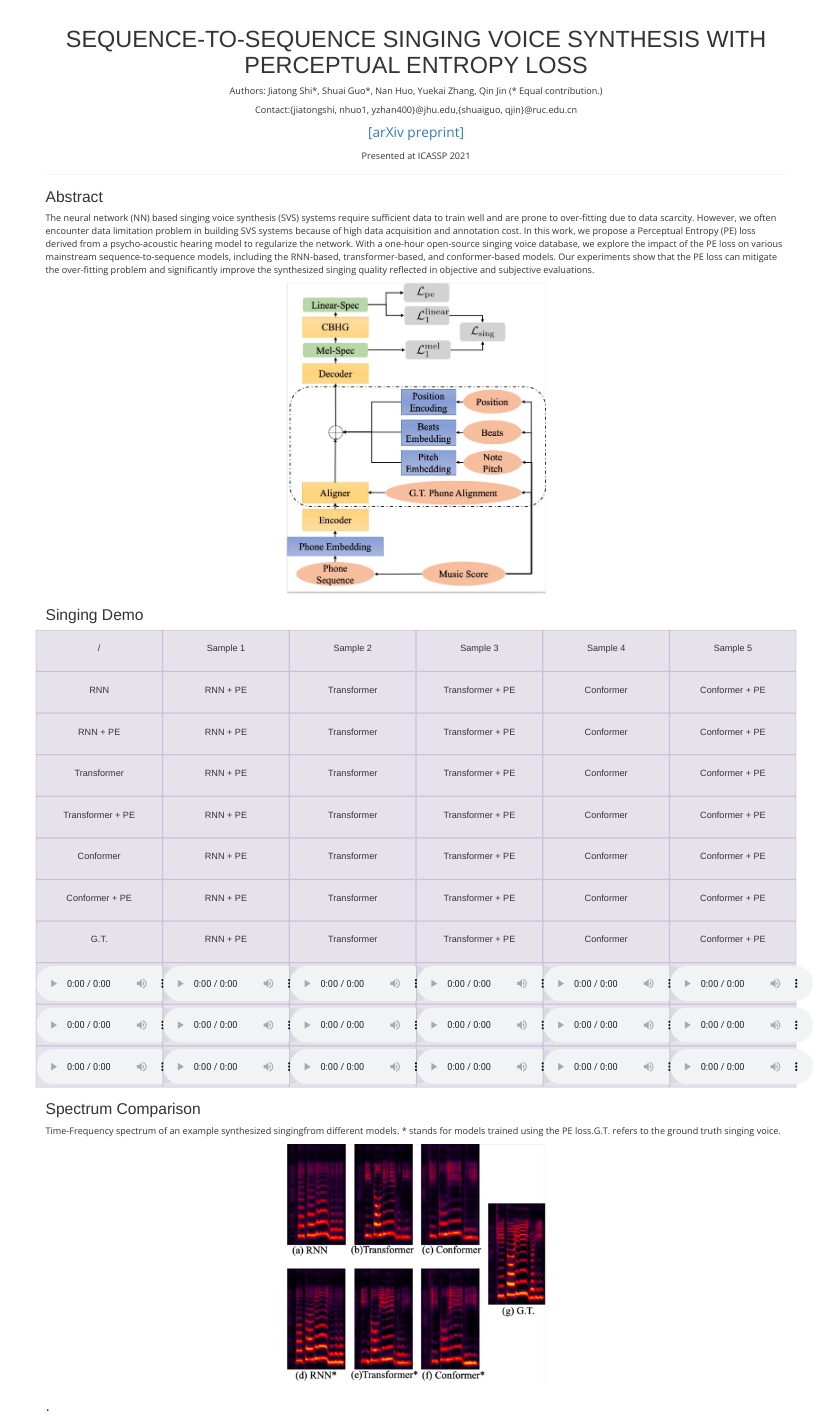
Repository: PeterGuoRuc/SVS_pe.github.io
Page: index.html
The author's editor kept a copy of each file at every save. The page is drawn from the files as they stood at one save, then again after the next save.
The browser window is 1280 px wide. The pictures show the whole page, at 65% of full size.

Above is the page before, as saved 2021-06-06 20:10:56.

### index.html
<!DOCTYPE html>
<html lang="en">
  <head>
    <meta charset="utf-8">
    <meta http-equiv="X-UA-Compatible" content="IE=edge">
    <meta name="viewport" content="width=device-width, initial-scale=1">
    <meta name="description" content="">
    <meta name="author" content="">
    <link rel="shortcut icon" type="image/x-icon" href="../favicon.ico">

    <title>SEQUENCE-TO-SEQUENCE SINGING VOICE SYNTHESIS WITH PERCEPTUAL ENTROPY LOSS</title>

    <!-- Fonts -->
    <link href="https://fonts.googleapis.com/css?family=Abril+Fatface|Open+Sans" rel="stylesheet">

    <!-- Bootstrap core CSS -->
    <!--<link href="bootstrap/dist/css/bootstrap.min.css" rel="stylesheet">-->
    <link href="https://maxcdn.bootstrapcdn.com/bootstrap/3.3.7/css/bootstrap.min.css" rel="stylesheet">

    <!-- IE10 viewport hack for Surface/desktop Windows 8 bug -->
    <!--<link href="bootstrap/assets/css/ie10-viewport-bug-workaround.css" rel="stylesheet">-->
    <link href="https://maxcdn.bootstrapcdn.com/css/ie10-viewport-bug-workaround.css" rel="stylesheet">

    <!-- Custom styles for this template -->
    <link href="poster.css" rel="stylesheet">

    <!-- Just for debugging purposes. Don't actually copy these 2 lines! -->
    <!--[if lt IE 9]><script src="bootstrap/assets/js/ie8-responsive-file-warning.js"></script><![endif]-->
    <!--<script src="bootstrap/assets/js/ie-emulation-modes-warning.js"></script>-->

    <!-- HTML5 shim and Respond.js for IE8 support of HTML5 elements and media queries -->
    <!--[if lt IE 9]>
      <script src="https://oss.maxcdn.com/html5shiv/3.7.3/html5shiv.min.js"></script>
      <script src="https://oss.maxcdn.com/respond/1.4.2/respond.min.js"></script>
    <![endif]-->
  </head>

  <body>
    <div class="container">

      <div class="page-header">
        <h1>
          SEQUENCE-TO-SEQUENCE SINGING VOICE SYNTHESIS WITH PERCEPTUAL ENTROPY LOSS
        </h1>
        <p class="centered">
          Authors: Jiatong Shi*, Shuai Guo*, Nan Huo, Yuekai Zhang, Qin Jin (* Equal contribution.)
        </p>
        <p class="centered">
          Contact:{jiatongshi, nhuo1, yzhan400}@jhu.edu,{shuaiguo, qjin}@ruc.edu.cn
        </p>
        <p class="lead">
          <a class="lead_link" href="https://arxiv.org/abs/2010.12024">[arXiv preprint]</a>
        </p>
        <p class="centered">Presented at ICASSP 2021</p>
      </div>

      <h3>Abstract</h3>
      <p>The neural network (NN) based singing voice synthesis (SVS) systems require sufficient data to train well and are prone to over-fitting due to data scarcity.
        However, we often encounter data limitation problem in building SVS systems because of high data acquisition and annotation cost.
        In this work, we propose a Perceptual Entropy (PE) loss derived from a psycho-acoustic hearing model to regularize the network.
        With a one-hour open-source singing voice database, we explore the impact of the PE loss on various mainstream sequence-to-sequence models, including the RNN-based, transformer-based, and conformer-based models.
        Our experiments show that the PE loss can mitigate the over-fitting problem and significantly improve the synthesized singing quality reflected in objective and subjective evaluations.
      </p>

      <center><img src="images/svs_model.jpg" height="35%" width="35%"></center>

      <h3>Singing Demo</h3>
      <div class="row">
        <div class="col-md-2">/</div>
        <div class="col-md-2">Sample 1</div>
        <div class="col-md-2">Sample 2</div>
        <div class="col-md-2">Sample 3</div>
        <div class="col-md-2">Sample 4</div>
        <div class="col-md-2">Sample 5</div>
      </div>
      <div class="row">
        <div class="col-md-2">RNN</div>
        <div class="col-md-2">RNN + PE</div>
        <div class="col-md-2">Transformer</div>
        <div class="col-md-2">Transformer + PE</div>
        <div class="col-md-2">Conformer</div>
        <div class="col-md-2">Conformer + PE</div>
      </div>
      <div class="row">
        <div class="col-md-2">RNN + PE</div>
        <div class="col-md-2">RNN + PE</div>
        <div class="col-md-2">Transformer</div>
        <div class="col-md-2">Transformer + PE</div>
        <div class="col-md-2">Conformer</div>
        <div class="col-md-2">Conformer + PE</div>
      </div>
      <div class="row">
        <div class="col-md-2">Transformer</div>
        <div class="col-md-2">RNN + PE</div>
        <div class="col-md-2">Transformer</div>
        <div class="col-md-2">Transformer + PE</div>
        <div class="col-md-2">Conformer</div>
        <div class="col-md-2">Conformer + PE</div>
      </div>
      <div class="row">
        <div class="col-md-2">Transformer + PE</div>
        <div class="col-md-2">RNN + PE</div>
        <div class="col-md-2">Transformer</div>
        <div class="col-md-2">Transformer + PE</div>
        <div class="col-md-2">Conformer</div>
        <div class="col-md-2">Conformer + PE</div>
      </div>
      <div class="row">
        <div class="col-md-2">Conformer</div>
        <div class="col-md-2">RNN + PE</div>
        <div class="col-md-2">Transformer</div>
        <div class="col-md-2">Transformer + PE</div>
        <div class="col-md-2">Conformer</div>
        <div class="col-md-2">Conformer + PE</div>
      </div>
      <div class="row">
        <div class="col-md-2">Conformer + PE</div>
        <div class="col-md-2">RNN + PE</div>
        <div class="col-md-2">Transformer</div>
        <div class="col-md-2">Transformer + PE</div>
        <div class="col-md-2">Conformer</div>
        <div class="col-md-2">Conformer + PE</div>
      </div>
      <div class="row">
        <div class="col-md-2">G.T.</div>
        <div class="col-md-2">RNN + PE</div>
        <div class="col-md-2">Transformer</div>
        <div class="col-md-2">Transformer + PE</div>
        <div class="col-md-2">Conformer</div>
        <div class="col-md-2">Conformer + PE</div>
      </div>

      <div class="row">
        <div class="col-md-2"><audio src="files/1_Feel_4.mp3" controls></audio></div>
        <div class="col-md-2"><audio src="files/2_Feel_4.mp3" controls></audio></div>
        <div class="col-md-2"><audio src="files/2_Feel_4.mp3" controls></audio></div>
        <div class="col-md-2"><audio src="files/2_Feel_4.mp3" controls></audio></div>
        <div class="col-md-2"><audio src="files/3_Feel_4.mp3" controls></audio></div>
        <div class="col-md-2"><audio src="files/4_Feel_4.mp3" controls></audio></div>
      </div>
      <div class="row">
        <div class="col-md-2"><audio src="files/1_Feel_4.mp3" controls></audio></div>
        <div class="col-md-2"><audio src="files/2_Feel_4.mp3" controls></audio></div>
        <div class="col-md-2"><audio src="files/2_Feel_4.mp3" controls></audio></div>
        <div class="col-md-2"><audio src="files/2_Feel_4.mp3" controls></audio></div>
        <div class="col-md-2"><audio src="files/3_Feel_4.mp3" controls></audio></div>
        <div class="col-md-2"><audio src="files/4_Feel_4.mp3" controls></audio></div>
      </div>
      <div class="row">
        <div class="col-md-2"><audio src="files/1_Feel_4.mp3" controls></audio></div>
        <div class="col-md-2"><audio src="files/2_Feel_4.mp3" controls></audio></div>
        <div class="col-md-2"><audio src="files/2_Feel_4.mp3" controls></audio></div>
        <div class="col-md-2"><audio src="files/2_Feel_4.mp3" controls></audio></div>
        <div class="col-md-2"><audio src="files/3_Feel_4.mp3" controls></audio></div>
        <div class="col-md-2"><audio src="files/4_Feel_4.mp3" controls></audio></div>
      </div>

      <h3>Spectrum Comparison</h3>
      <p>Time-Frequency spectrum of an example synthesized singingfrom different models.
        * stands for models trained using the PE loss.G.T. refers to the ground truth singing voice.
      </p>
      <center><img src="images/spec_compare.jpg" height="35%" width="35%"></center>

      <h3>.</h3>


    </div> <!-- /container -->


    <!-- IE10 viewport hack for Surface/desktop Windows 8 bug -->
    <!--<script src="bootstrap/assets/js/ie10-viewport-bug-workaround.js"></script>-->
    <script src="https://maxcdn.bootstrapcdn.com/js/ie10-viewport-bug-workaround.js"></script>
  </body>
</html>

### poster.css

p {
  font-family: 'Open Sans', sans-serif;
  margin: 10px 0 10px;
}

.lead_link {
  margin: 0 5px 0 5px;
}

.lead {
  text-align: center;
  margin-bottom: 0;
}

.centered {
  text-align: center;
}

.image_title {
  text-align: center;
}

img.figure {
  display: block;
  margin-left: auto;
  margin-right: auto;
  max-width: 100%;
}

h1 {
  /* font-family: 'Abril Fatface', cursive; */
  text-align: center;
}

h4 {
  margin-top: 25px;
}
.row {
  margin-bottom: 0px;
  position: relative;
}

/* vertically center audio players */
.row audio {
    position: absolute;
    top: 0;
    left: 0;
    bottom: 0;
    right: 0;
    margin: auto;
    display: block;
    width: 220px;
}

[class*="col-"] {
  padding-top: 17px;
  padding-bottom: 17px;
  background-color: #eee;
  background-color: rgba(86,61,124,.15);
  border: 1px solid #ddd;
  border: 1px solid rgba(86,61,124,.2);
  height: 64px;
  text-align: center;
}

hr {
  margin-top: 40px;
  margin-bottom: 40px;
}

After the next save:
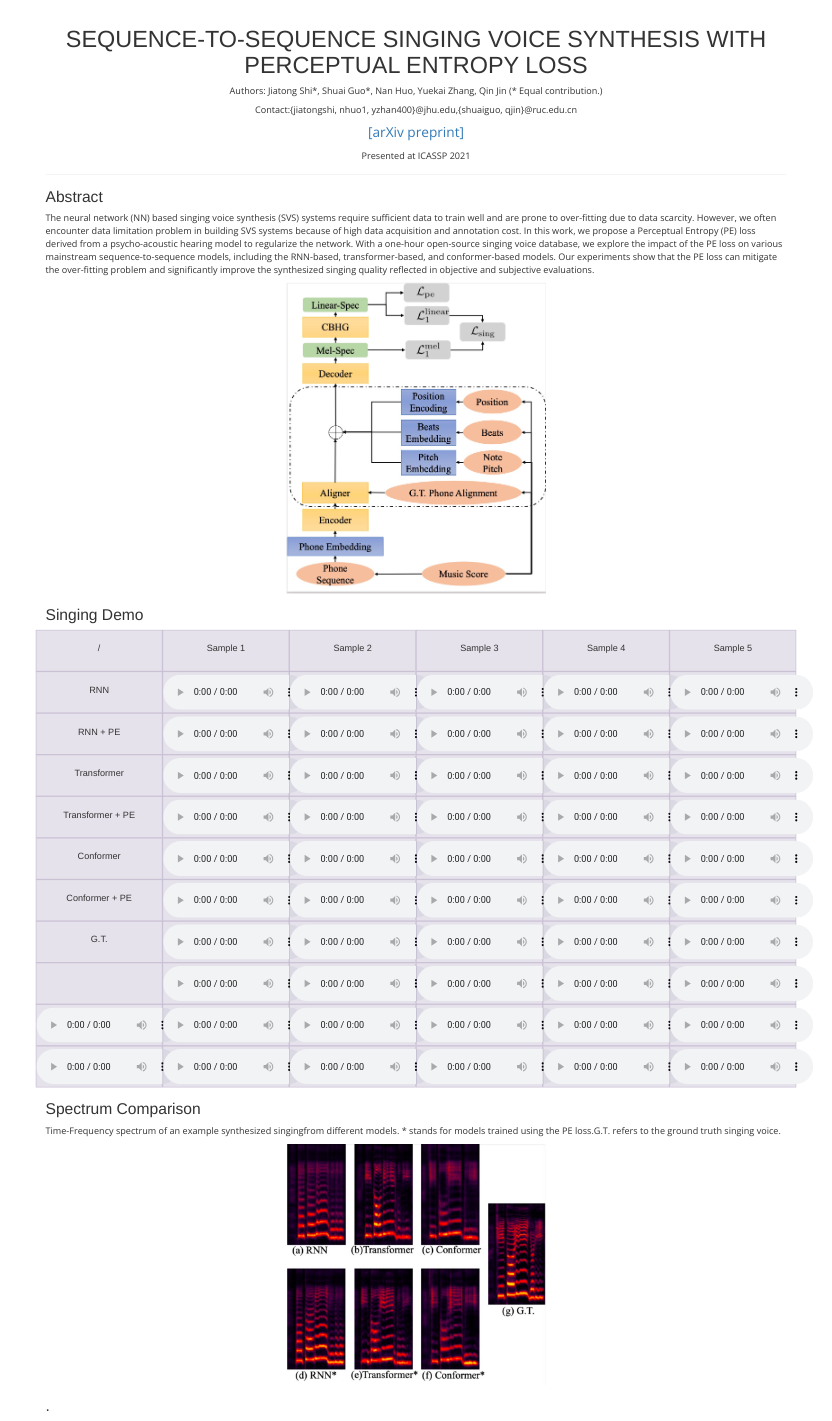
Saved 5 min 7 s later.
--- a/index.html
+++ b/index.html
@@ -75,63 +75,63 @@
       </div>
       <div class="row">
         <div class="col-md-2">RNN</div>
-        <div class="col-md-2">RNN + PE</div>
-        <div class="col-md-2">Transformer</div>
-        <div class="col-md-2">Transformer + PE</div>
-        <div class="col-md-2">Conformer</div>
-        <div class="col-md-2">Conformer + PE</div>
+        <div class="col-md-2"><audio src="files/rnn/3.wav" controls></audio></div>
+        <div class="col-md-2"><audio src="files/rnn/6.wav" controls></audio></div>
+        <div class="col-md-2"><audio src="files/rnn/7.wav" controls></audio></div>
+        <div class="col-md-2"><audio src="files/rnn/8.wav" controls></audio></div>
+        <div class="col-md-2"><audio src="files/rnn/9.wav" controls></audio></div>
       </div>
       <div class="row">
         <div class="col-md-2">RNN + PE</div>
-        <div class="col-md-2">RNN + PE</div>
-        <div class="col-md-2">Transformer</div>
-        <div class="col-md-2">Transformer + PE</div>
-        <div class="col-md-2">Conformer</div>
-        <div class="col-md-2">Conformer + PE</div>
+        <div class="col-md-2"><audio src="files/rnn/3.wav" controls></audio></div>
+        <div class="col-md-2"><audio src="files/rnn/6.wav" controls></audio></div>
+        <div class="col-md-2"><audio src="files/rnn/7.wav" controls></audio></div>
+        <div class="col-md-2"><audio src="files/rnn/8.wav" controls></audio></div>
+        <div class="col-md-2"><audio src="files/rnn/9.wav" controls></audio></div>
       </div>
       <div class="row">
         <div class="col-md-2">Transformer</div>
-        <div class="col-md-2">RNN + PE</div>
-        <div class="col-md-2">Transformer</div>
-        <div class="col-md-2">Transformer + PE</div>
-        <div class="col-md-2">Conformer</div>
-        <div class="col-md-2">Conformer + PE</div>
+        <div class="col-md-2"><audio src="files/rnn/3.wav" controls></audio></div>
+        <div class="col-md-2"><audio src="files/rnn/6.wav" controls></audio></div>
+        <div class="col-md-2"><audio src="files/rnn/7.wav" controls></audio></div>
+        <div class="col-md-2"><audio src="files/rnn/8.wav" controls></audio></div>
+        <div class="col-md-2"><audio src="files/rnn/9.wav" controls></audio></div>
       </div>
       <div class="row">
         <div class="col-md-2">Transformer + PE</div>
-        <div class="col-md-2">RNN + PE</div>
-        <div class="col-md-2">Transformer</div>
-        <div class="col-md-2">Transformer + PE</div>
-        <div class="col-md-2">Conformer</div>
-        <div class="col-md-2">Conformer + PE</div>
+        <div class="col-md-2"><audio src="files/rnn/3.wav" controls></audio></div>
+        <div class="col-md-2"><audio src="files/rnn/6.wav" controls></audio></div>
+        <div class="col-md-2"><audio src="files/rnn/7.wav" controls></audio></div>
+        <div class="col-md-2"><audio src="files/rnn/8.wav" controls></audio></div>
+        <div class="col-md-2"><audio src="files/rnn/9.wav" controls></audio></div>
       </div>
       <div class="row">
         <div class="col-md-2">Conformer</div>
-        <div class="col-md-2">RNN + PE</div>
-        <div class="col-md-2">Transformer</div>
-        <div class="col-md-2">Transformer + PE</div>
-        <div class="col-md-2">Conformer</div>
-        <div class="col-md-2">Conformer + PE</div>
+        <div class="col-md-2"><audio src="files/rnn/3.wav" controls></audio></div>
+        <div class="col-md-2"><audio src="files/rnn/6.wav" controls></audio></div>
+        <div class="col-md-2"><audio src="files/rnn/7.wav" controls></audio></div>
+        <div class="col-md-2"><audio src="files/rnn/8.wav" controls></audio></div>
+        <div class="col-md-2"><audio src="files/rnn/9.wav" controls></audio></div>
       </div>
       <div class="row">
         <div class="col-md-2">Conformer + PE</div>
-        <div class="col-md-2">RNN + PE</div>
-        <div class="col-md-2">Transformer</div>
-        <div class="col-md-2">Transformer + PE</div>
-        <div class="col-md-2">Conformer</div>
-        <div class="col-md-2">Conformer + PE</div>
+        <div class="col-md-2"><audio src="files/rnn/3.wav" controls></audio></div>
+        <div class="col-md-2"><audio src="files/rnn/6.wav" controls></audio></div>
+        <div class="col-md-2"><audio src="files/rnn/7.wav" controls></audio></div>
+        <div class="col-md-2"><audio src="files/rnn/8.wav" controls></audio></div>
+        <div class="col-md-2"><audio src="files/rnn/9.wav" controls></audio></div>
       </div>
       <div class="row">
         <div class="col-md-2">G.T.</div>
-        <div class="col-md-2">RNN + PE</div>
-        <div class="col-md-2">Transformer</div>
-        <div class="col-md-2">Transformer + PE</div>
-        <div class="col-md-2">Conformer</div>
-        <div class="col-md-2">Conformer + PE</div>
+        <div class="col-md-2"><audio src="files/rnn/3.wav" controls></audio></div>
+        <div class="col-md-2"><audio src="files/rnn/6.wav" controls></audio></div>
+        <div class="col-md-2"><audio src="files/rnn/7.wav" controls></audio></div>
+        <div class="col-md-2"><audio src="files/rnn/8.wav" controls></audio></div>
+        <div class="col-md-2"><audio src="files/rnn/9.wav" controls></audio></div>
       </div>
 
       <div class="row">
-        <div class="col-md-2"><audio src="files/1_Feel_4.mp3" controls></audio></div>
+        <div class="col-md-2"></div>
         <div class="col-md-2"><audio src="files/2_Feel_4.mp3" controls></audio></div>
         <div class="col-md-2"><audio src="files/2_Feel_4.mp3" controls></audio></div>
         <div class="col-md-2"><audio src="files/2_Feel_4.mp3" controls></audio></div>
